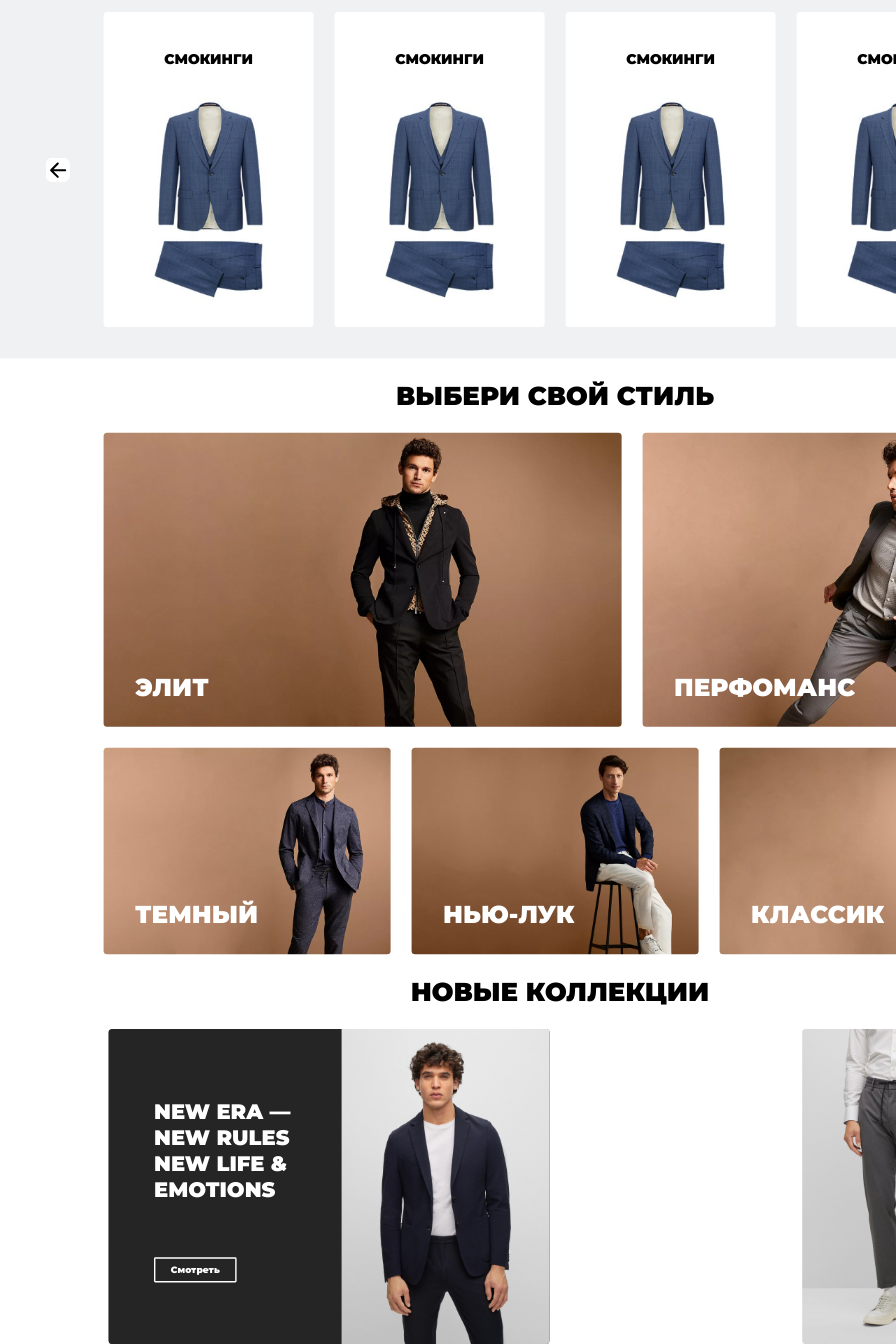
Repository: MaksimKrupkin/SigmaEllegance
Page: /
These files come from the project's save history. The page is drawn as it stood at one moment and after the next save; the edit follows.
The browser window is 1280 px wide. The pictures show the part of the page from y = 873 to 2793 px (the page is 2793 px tall), at 70% of full size.
Some web fonts or font styles are not loaded; a fallback is used. The project was rebuilt for these pictures with package versions that can differ from the ones it lists, and the page was loaded fresh each time.

Above is the page before, as saved 2023-11-23 23:03:01.

After the next save:
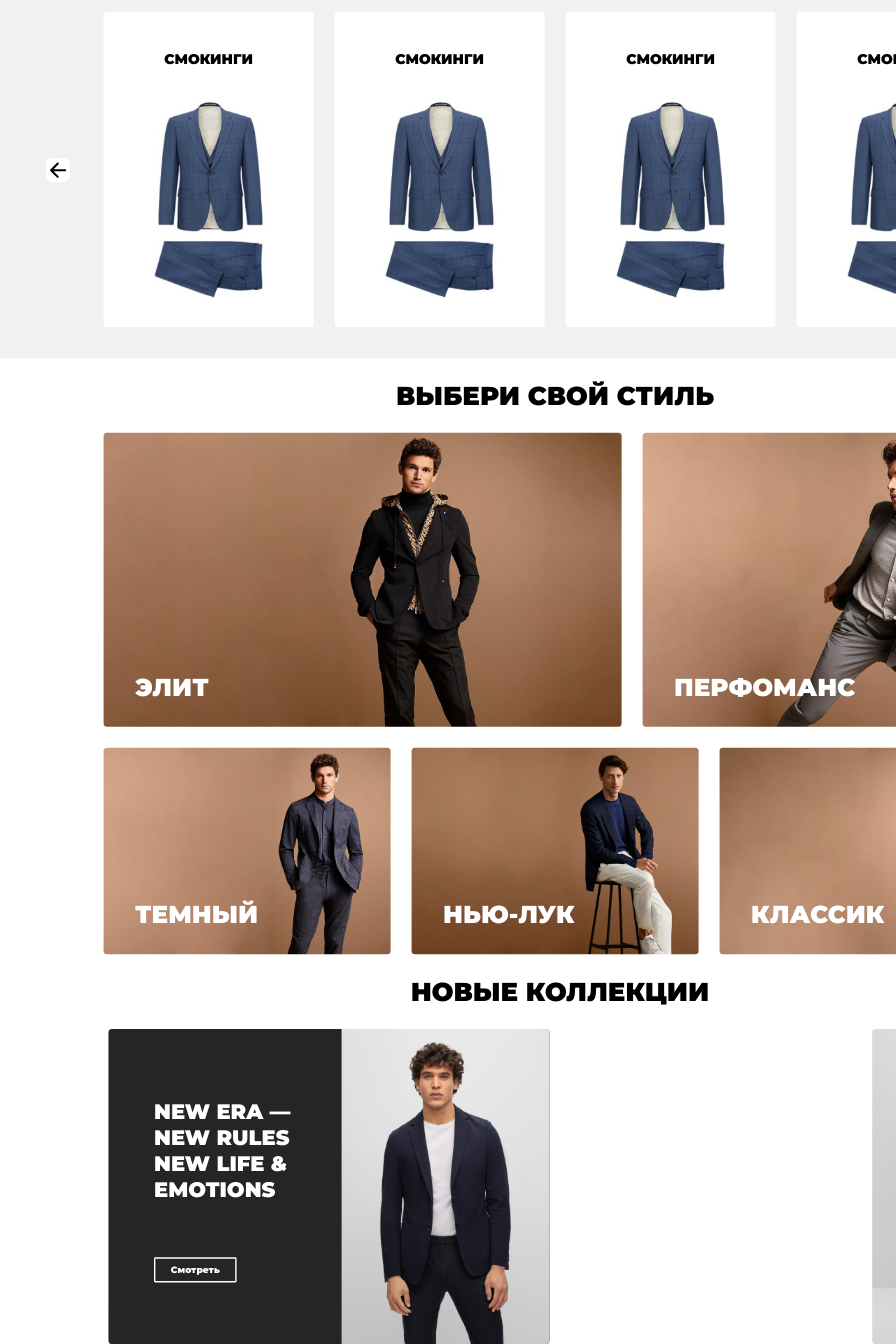
Saved 13 s later.
--- a/src/Components/Collections/Collections.module.css
+++ b/src/Components/Collections/Collections.module.css
@@ -82,7 +82,7 @@
 
   margin-right: 20px;
   height: 450px;
-  width: 299px;
+  width: 199px;
   border-radius: 5px;
 
   background-image: url(../../assets/img/collection2.png);
@@ -92,7 +92,7 @@
   display: inline-block;
   margin-left: 20px;
   height: 450px;
-  width: 299px;
+  width: 199px;
   border-radius: 5px;
   display: inline-block;
   background-image: url(../../assets/img/collection3.png);

After the save that followed:
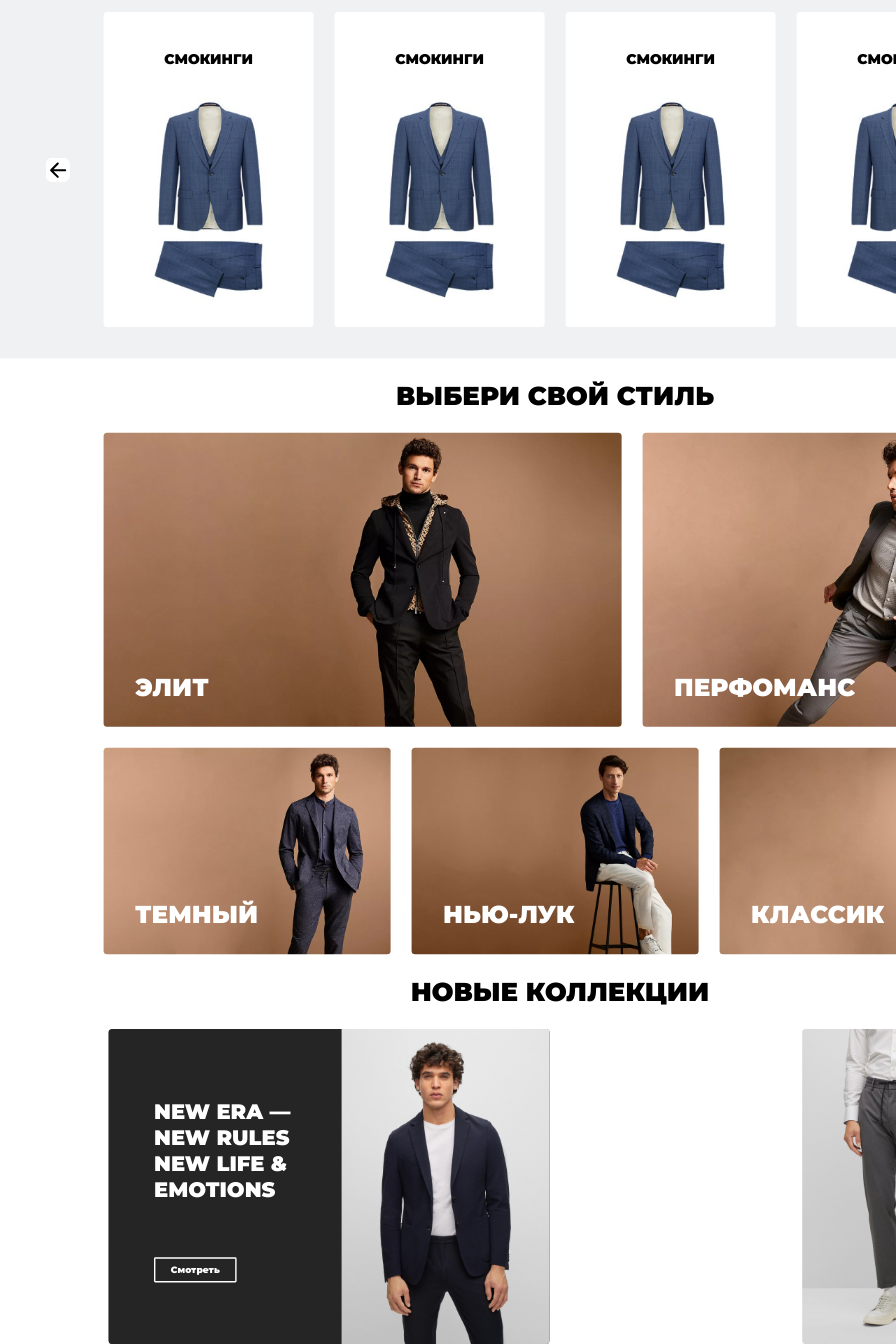
Saved 11 s later.
--- a/src/Components/Collections/Collections.module.css
+++ b/src/Components/Collections/Collections.module.css
@@ -82,7 +82,7 @@
 
   margin-right: 20px;
   height: 450px;
-  width: 199px;
+  width: 299px;
   border-radius: 5px;
 
   background-image: url(../../assets/img/collection2.png);
@@ -92,7 +92,7 @@
   display: inline-block;
   margin-left: 20px;
   height: 450px;
-  width: 199px;
+  width: 299px;
   border-radius: 5px;
   display: inline-block;
   background-image: url(../../assets/img/collection3.png);
